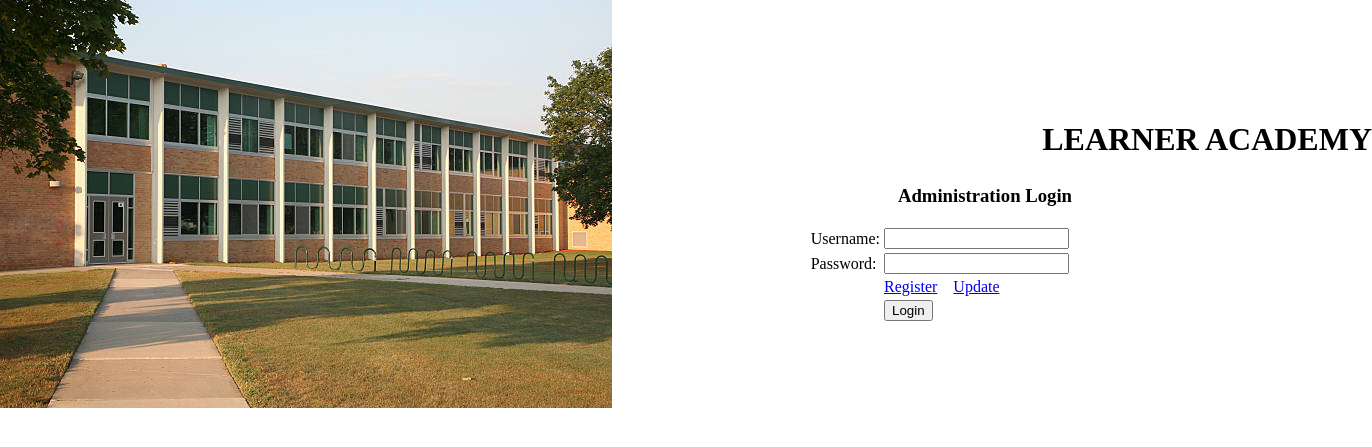
Repository: priyankagit8692/Phase_2_SimpliLearn-
Page: http://localhost/LearnerAcademyProject/AdminLogin.jsp
An editor plug-in stored every save of this project. The page is shown before and after the next save, followed by the edit.
The browser window is 1280 px wide. The page is 1372 px wide, then 1280 px, so the pictures cover 1372 px, including what lies to the right of the window. The pictures show the whole page.
The page is served by Tomcat 9.

Above is the page before, as saved 2021-03-20 15:03:20.

After the next save:
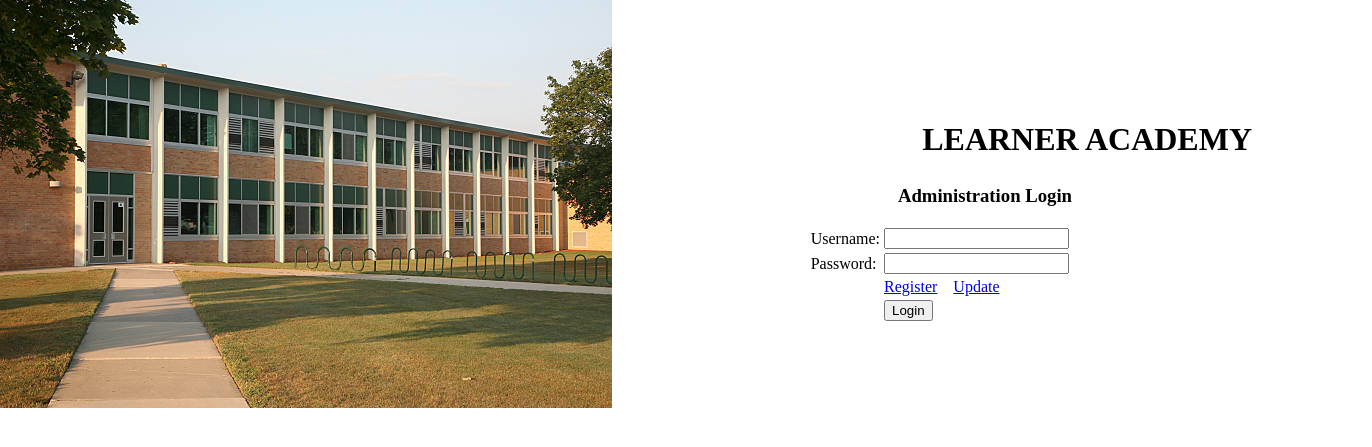
Saved 18 s later.
--- a/FinalProjectPhase2/LearnerAcademyProject/WebContent/AdminLogin.jsp
+++ b/FinalProjectPhase2/LearnerAcademyProject/WebContent/AdminLogin.jsp
@@ -17,7 +17,7 @@ div {
   transform: translate(-200px,50px);
 }
 h1{
-  transform: translate(300px,50px);
+  transform: translate(180px,50px);
 }
 </style>
 <body>
